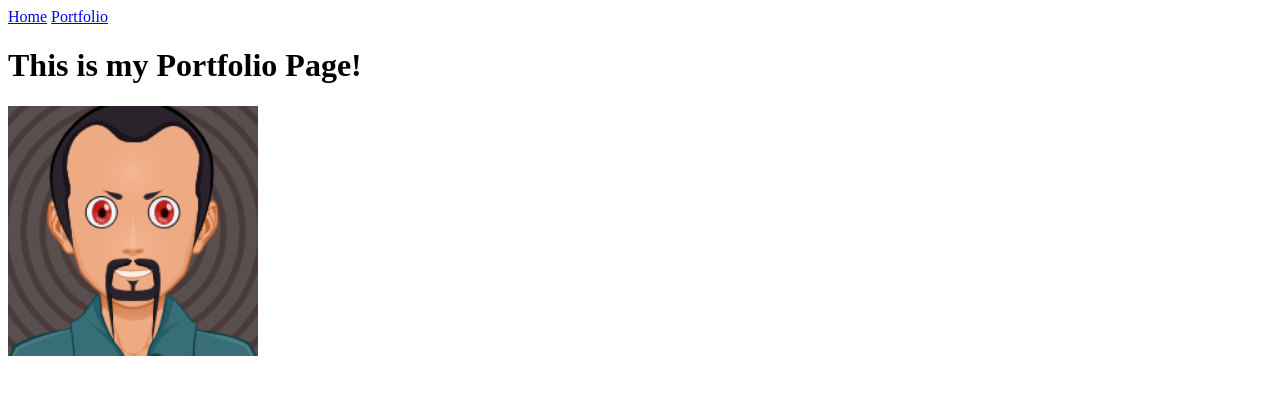
Repository: Arodriguez2001/Arodriguez2001.github.io
Page: my_website/about me.html
The author's editor kept a record of every edit. The page is drawn from the files as they stood at one moment, then again after the next edit.
The browser window is 1280 px wide. The pictures show the whole page.

Above is the page before.

### my_website/about me.html
<!doctype html>
	<html lang="en">
	  <head>
	    <meta charset="utf-8">
	    <title>about me</title>
	  </head>
	  <body>
    <a href="index.html">Home</a>
    <a href="portfolio.html">Portfolio</a>
    <h1>This is my Portfolio Page!</h1>
    <img src="images/myAvatar.png" height="250">
    <br>
	  </body>
	</html>

After the next edit:
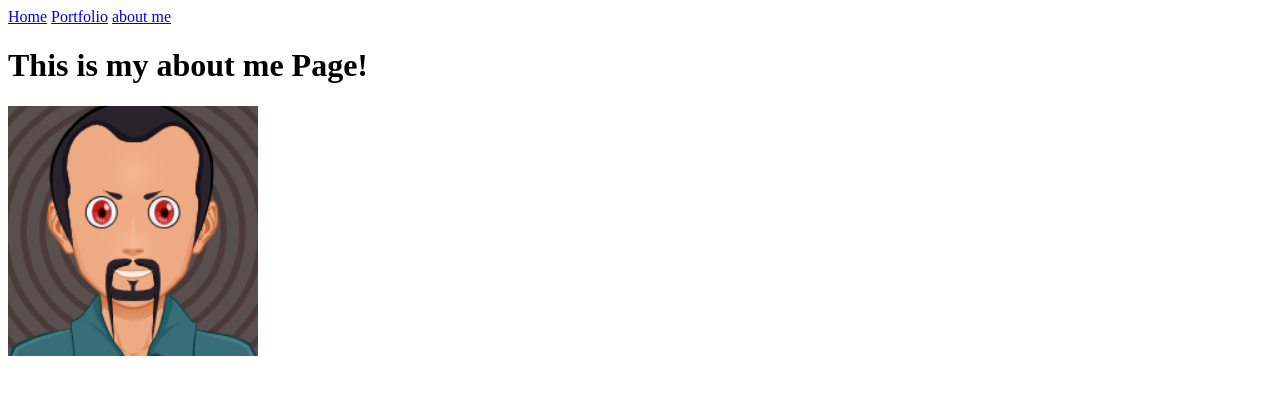
The edit:
--- a/my_website/about me.html
+++ b/my_website/about me.html
@@ -7,7 +7,8 @@
 	  <body>
     <a href="index.html">Home</a>
     <a href="portfolio.html">Portfolio</a>
-    <h1>This is my Portfolio Page!</h1>
+        <a href="about me.html">about me</a>
+    <h1>This is my about me Page!</h1>
     <img src="images/myAvatar.png" height="250">
     <br>
 	  </body>
